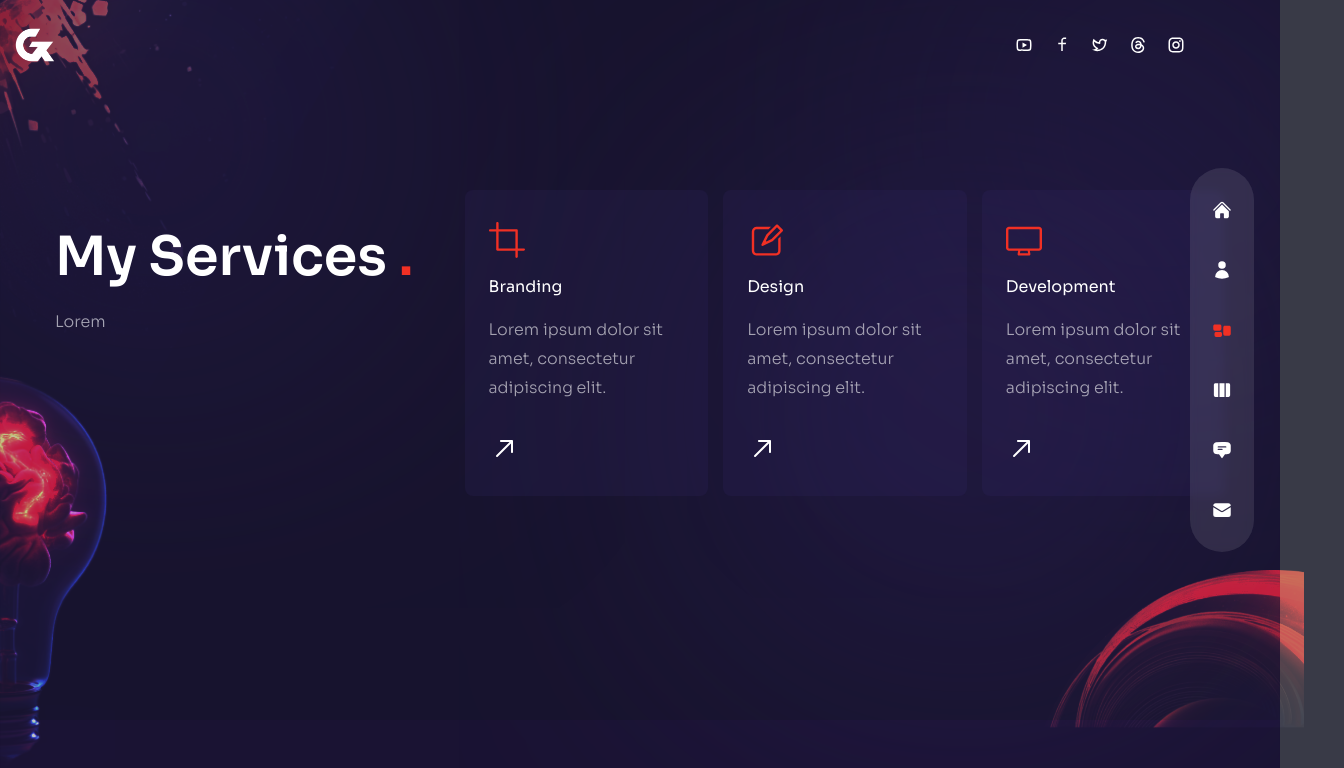
Repository: zecht12/Portofolio-without-db
Page: /services
These files come from the project's save history. The page is drawn as it stood at one moment and after a run of saves; the edit follows.
The browser window is 1280 px wide. The page is 1344 px wide, so the pictures cover 1344 px, including what lies to the right of the window. The pictures show the whole page.
The project was rebuilt for these pictures with package versions that can differ from the ones it lists, and the page was loaded fresh each time. The framework's server and built-in components were replaced by stand-ins that run in the browser. Also part of the build but not shown: next.config.js.

Above is the page before, as saved 2023-10-08 15:37:18.

### app/layout.js
'use client'

import './globals.css'
import {Sora} from '@next/font/google'
import Nav from '@/components/Nav'
import Header from '@/components/Header'
import TopLeftImg from '@/components/TopLeftImg'
import { useRouter } from 'next/navigation'
import Transition from '@/components/Transition'
import { AnimatePresence, motion } from 'framer-motion'

const sora = Sora({
  subsets:['latin'],
  variable:'--font-sora',
  weight:['100','200','300','400','500','600','700','800']
})

export default function RootLayout({ children }) {
  const router = useRouter();
  return (
    <html lang="en">
      <head>
        <title>Zecht Porto</title>
      </head>
      <body className={`page bg-site text-white bg-cover bg-no-repeat  ${sora.variable} font-sora relative `}>
        <AnimatePresence>
          <motion.div className='h-full' key={router.route}>
            <TopLeftImg/>
            <Nav/>
            <Header/>
            <Transition/>
            {children}
          </motion.div>
        </AnimatePresence>
      </body>
    </html>
  )
}

### app/services/page.js
'use client'

import React from 'react'
import ServiceSlider from '@/components/ServiceSlider'
import Bulb from '@/components/Bulb'
import { Motion } from 'framer-motion'
import { fadeIn } from '@/variants'
import { RxCrop, RxDesktop, RxPencil2, RxReader, RxRocket } from 'react-icons/rx'
import Circles from '@/components/Circles'

const serviceData = [
  {
    icon: <RxCrop />,
    title: 'Branding',
    description: 'Lorem ipsum dolor sit amet, consectetur adipiscing elit.',
  },
  {
    icon: <RxPencil2 />,
    title: 'Design',
    description: 'Lorem ipsum dolor sit amet, consectetur adipiscing elit.',
  },
  {
    icon: <RxDesktop />,
    title: 'Development',
    description: 'Lorem ipsum dolor sit amet, consectetur adipiscing elit.',
  },
  {
    icon: <RxReader />,
    title: 'Copywriting',
    description: 'Lorem ipsum dolor sit amet, consectetur adipiscing elit.',
  },
  {
    icon: <RxRocket />,
    title: 'SEO',
    description: 'Lorem ipsum dolor sit amet, consectetur adipiscing elit.',
  },
];

export default function Page() {
  return (
    <div className='h-full bg-primary/30 py-36 flex items-center'>
      <Circles/>
      <div className='container mx-auto'>
        <div className='flex flex-col xl:flex-row gap-x-8'>
          <div className='text-center flex xl:w-[30vw] flex-col lg:text-left mb-4 xl:mb-0 '>
            <h2 className='h2 xl:mt-8'>
              My Services <span className='text-accent'>.</span>
            </h2>
            <p className='mb-4 max-w-[400px] mx-auto lg:mx-0 '>Lorem</p>
          </div>
          <div className='w-full xl:max-w-[65%] '>
            <ServiceSlider/>
          </div>
        </div>
      </div>
      <Bulb/>
    </div>
  )
}

### app/globals.css
@tailwind base;
@tailwind components;
@tailwind utilities;

.translate-z-0 {
  transform: translateZ(0px);
}
.swiper-horizontal > .swiper-pagination-bullets .swiper-pagination-bullet,
.swiper-pagination-horizontal.swiper-pagination-bullets
  .swiper-pagination-bullet {
  background-color: #f13024;
}

.swiper-button-next:after,
.swiper-button-prev:after,
.swiper-button-next:after,
.swiper-rtl .swiper-button-prev:after {
  color: #f13024;
}

@layer base {
  body {
    @apply bg-secondary overflow-hidden leading-relaxed;
  }
  .page {
    @apply w-full h-screen overflow-hidden;
  }
  .h1 {
    @apply text-[35px] leading-tight md:text-[60px] md:leading-[1.3] mb-8 font-semibold;
  }
  .h2 {
    @apply text-[35px] leading-tight md:text-[54px] md:leading-[1.3] mb-4 font-semibold;
  }
  p {
    @apply leading-[1.8] text-white/60 font-light;
  }
  .btn,
  .input {
    @apply h-[52px];
  }
  .input {
    @apply w-full h-[52px] rounded-lg pl-6 capitalize;
  }
  .input,
  .textarea {
    @apply bg-transparent outline-none focus:ring-1 focus:ring-accent border border-white/20 placeholder:text-white/30 placeholder:font-light;
  }
  .textarea {
    @apply w-full h-[180px] p-6 capitalize rounded-lg resize-none;
  }
}

### components/Nav.js
'use client'
import Link from 'next/link';
import { useRouter } from 'next/navigation';
import {
  HiHome,
  HiUser,
  HiViewColumns,
  HiRectangleGroup,
  HiChatBubbleBottomCenterText,
  HiEnvelope,
} from 'react-icons/hi2';

// nav data
export const navData = [
  { name: 'home', path: '/', icon: <HiHome /> },
  { name: 'about', path: '/about', icon: <HiUser /> },
  { name: 'services', path: '/services', icon: <HiRectangleGroup /> },
  { name: 'work', path: '/work', icon: <HiViewColumns /> },
  {
    name: 'testimonials',
    path: '/testimonials',
    icon: <HiChatBubbleBottomCenterText />,
  },
  {
    name: 'contact',
    path: '/contact',
    icon: <HiEnvelope />,
  },
];

const Nav = () => {
  const router = useRouter();
  const pathname = router.pathname;

  return(
    <nav className='flex flex-col items-center xl:justify-center gap-y-4 fixed h-max bottom-0 mt-auto xl:right-[2%] z-50 w-screen xl:w-16 top-0 xl:max-w-md xl:h-screen'>
      <div className='flex w-full xl:flex-col items-center justify-between xl:justify-center gap-y-10 px-4 md:px-40 xl:px-0 h-[80px] bg-white/10 xl:h-max py-8 backdrop-blur-sm text-3xl xl:text-xl xl:rounded-full'>
        {navData.map((link, index)=> {
          return(
              <a className={`${link.path === pathname && 'text-accent'} relative flex items-center hover:text-accent group transition-all duration-300 dela`} href={link.path} key={index} >
                <div className='absolute pr-14 right-0 hidden xl:group-hover:flex'>
                  <div className='bg-white relative flex text-primary items-center p-[6px] rounded-[3px] '>
                    <div className='text-[12px] leading-none font-semibold capitalize '>
                      {link.name}
                    </div>
                    <div className='border-solid border-l-white border-l-8 border-y-transparent border-y-[6px] border-r-0 absolute -right-2 '></div>
                  </div>
                </div>
                <div>
                  {link.icon}
                </div>
              </a>
          )
        })}
      </div>
    </nav>
  )
};

export default Nav;

### components/Header.js
import Image from "next/image"
import Link from "next/link"
import Socials from "./Socials";

const Header = () => {
  return(
    <header className="absolute z-30 w-full flex items-center px-15 xl:px-0 xl:h-[90px] ">
      <div className="container mx-0">
        <div className="flex flex-col lg:flex-row justify-between items-center gap-y-6 py-8">
          <Link href='/'>
            <Image src={'/logo-GR.png'} width={40} height={40} alt="logo" priority={true} className="w-[40px] h-[40px] hover:scale-110 " />
          </Link>
          <Socials/>
        </div>
      </div>
    </header>
  )
};

export default Header;

### components/TopLeftImg.js
import Image from "next/image";

const TopLeftImg = () => {
  return(
    <div className="absolute left-0 top-0 mix-blend-color-dodge z-10 w-[200px] xl:w-[400px] opacity-50 ">
      <Image src="/top-left-img.png" alt="TopLeftImg" width={400} height={400} />
    </div>
  )
};

export default TopLeftImg;

### components/Transition.js
'use client'

import { motion } from 'framer-motion'

const transitionVariants = {
  initial: {
    x:"100%",
    width:"100%"
  },
  animate: {
    x:"0%",
    width:"0%"
  },
  exit: {
    x: ['0%','100%'],
    width: ['0%','100%']
  },
}

const Transition = () => {
  return (
    <>
      <motion.div variants={transitionVariants} initial="initial" animate="animate" exit="exit" transition={{delay:0.2, duration:0.6, ease:'easeInOut'}} className='fixed top-0 bottom-0 right-full w-screen h-screen z-30 bg-[#2e2257] '></motion.div>
      <motion.div variants={transitionVariants} initial="initial" animate="animate" exit="exit" transition={{delay:0.4, duration:0.6, ease:'easeInOut'}} className='fixed top-0 bottom-0 right-full w-screen h-screen z-20 bg-[#3b2d71] '></motion.div>
      <motion.div variants={transitionVariants} initial="initial" animate="animate" exit="exit" transition={{delay:0.6, duration:0.6, ease:'easeInOut'}} className='fixed top-0 bottom-0 right-full w-screen h-screen z-10 bg-[#4b3792] '></motion.div>
    </>
  );
};

export default Transition;

### components/ServiceSlider.js
import { RxArrowTopRight, RxCrop, RxDesktop, RxPencil2, RxReader, RxRocket } from 'react-icons/rx'
import { Swiper, SwiperSlide} from "swiper/react";
import 'swiper/css'
import 'swiper/css/free-mode'
import 'swiper/css/pagination'
import { Pagination, FreeMode } from 'swiper/modules';
import { motion } from "framer-motion";
import { fadeIn } from "@/variants";
import React from 'react';

const serviceData = [
  {
    icon: <RxCrop />,
    title: 'Branding',
    description: 'Lorem ipsum dolor sit amet, consectetur adipiscing elit.',
  },
  {
    icon: <RxPencil2 />,
    title: 'Design',
    description: 'Lorem ipsum dolor sit amet, consectetur adipiscing elit.',
  },
  {
    icon: <RxDesktop />,
    title: 'Development',
    description: 'Lorem ipsum dolor sit amet, consectetur adipiscing elit.',
  },
  {
    icon: <RxReader />,
    title: 'Copywriting',
    description: 'Lorem ipsum dolor sit amet, consectetur adipiscing elit.',
  },
];

const ServiceSlider = () => {
  const navigationPrevRef = React.useRef(null)
  const navigationNextRef = React.useRef(null)
  return(
    <Swiper
    navigation={{
        prevEl: navigationPrevRef.current,
        nextEl: navigationNextRef.current,
    }}
    onBeforeInit={(swiper) => {
        swiper.params.navigation.prevEl = navigationPrevRef.current;
        swiper.params.navigation.nextEl = navigationNextRef.current;
    }}
    pagination={{ clickable: true }}
    freeMode={true}
    breakpoints={{
      320: {
        slidesPerView: 1,
        spaceBetween: 15
      },
      640:{
        slidesPerView: 3,
        spaceBetween: 15
      },
      1280:{
        slidesPerView: 3,
        spaceBetween: 15
      }
    }}
    className='h-[240px] sm:h-[340px] '>
      {serviceData.map((item,index) => {
        return(
          <SwiperSlide key={index}>
            <div className='bg-[rgba(65,47,123,0.15)] h-max rounded-lg px-6 py-8 flex sm:flex-col gap-x-6 sm:gap-x-0 group cursor-pointer hover:bg-[rgba(89,65,165,0.15)] transition-all duration-300 '>
              <div className='text-4xl text-accent mb-4'>
                {item.icon}
              </div>
              <div className='mb-8'>
                <div className='mb-4'>
                  {item.title}
                </div>
                <p>
                  {item.description}
                </p>
              </div>
              <div className='text-3xl'>
                <RxArrowTopRight/>
              </div>
            </div>
          </SwiperSlide>
        )
      })}
    </Swiper>
  )
};

export default ServiceSlider;

### components/Bulb.js
'use client'

import Image from "next/image";

const Bulb = () => {
  return(
    <div className="absolute -left-36 -bottom-12 mix-blend-color-dodge animate-pulse duration-75 w-[200px] z-20 xl:w-[260px] ">
      <Image src="/bulb.png" alt="bulb" width={260} height={200} className="w-full h-full" />
    </div>
  )
};

export default Bulb;

### components/Circles.js
'use client'

import Image from "next/image";

const Circles = () => {
  return (
    <div className="w-[200px] xl:w-[300px] absolute md:-right-16 -right-0 -bottom-2 mix-blend-color-dodge animate-pulse duration-75 z-10 ">
      <Image src={'/circles.png'} width={260} height={200} className="w-gull h-full" alt="circle" />
    </div>
  )
};

export default Circles;

### components/Socials.js
import Link from "next/link";
import { RiYoutubeLine, RiInstagramLine, RiFacebookLine, RiDribbbleLine, RiBehanceLine, RiThreadsLine, RiTwitterLine } from 'react-icons/ri'

const Socials = () => {
  return(
    <div className="flex items-center gap-x-5 text-lg">
      <Link href="/" className="hover:text-accent transition-all duration-300">
        <RiYoutubeLine />
      </Link>
      <Link href="/" className="hover:text-accent transition-all duration-300">
        <RiFacebookLine />
      </Link>
      <Link href="/" className="hover:text-accent transition-all duration-300">
        <RiTwitterLine />
      </Link>
      <Link href="/" className="hover:text-accent transition-all duration-300">
        <RiThreadsLine />
      </Link>
      <Link href="/" className="hover:text-accent transition-all duration-300">
        <RiInstagramLine />
      </Link>
    </div>
  )
};

export default Socials;

Loaded but not shown: variants.js (common file); tailwind.config.js (common file)

After the next 2 saves:
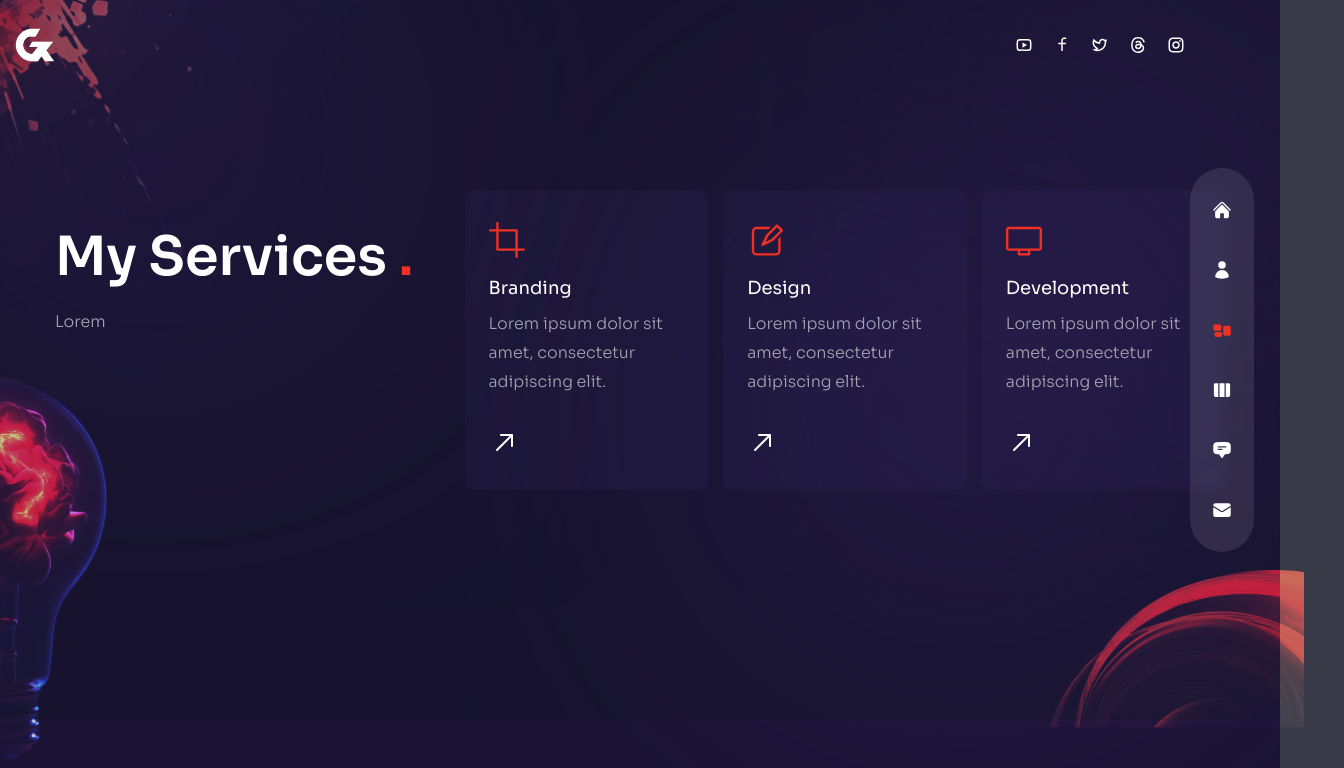
The 2 saves are shown as one change because they came seconds apart.
The last was saved 11 s later.
--- a/components/ServiceSlider.js
+++ b/components/ServiceSlider.js
@@ -69,7 +69,7 @@ const ServiceSlider = () => {
                 {item.icon}
               </div>
               <div className='mb-8'>
-                <div className='mb-4'>
+                <div className='mb-2 text-lg'>
                   {item.title}
                 </div>
                 <p>
